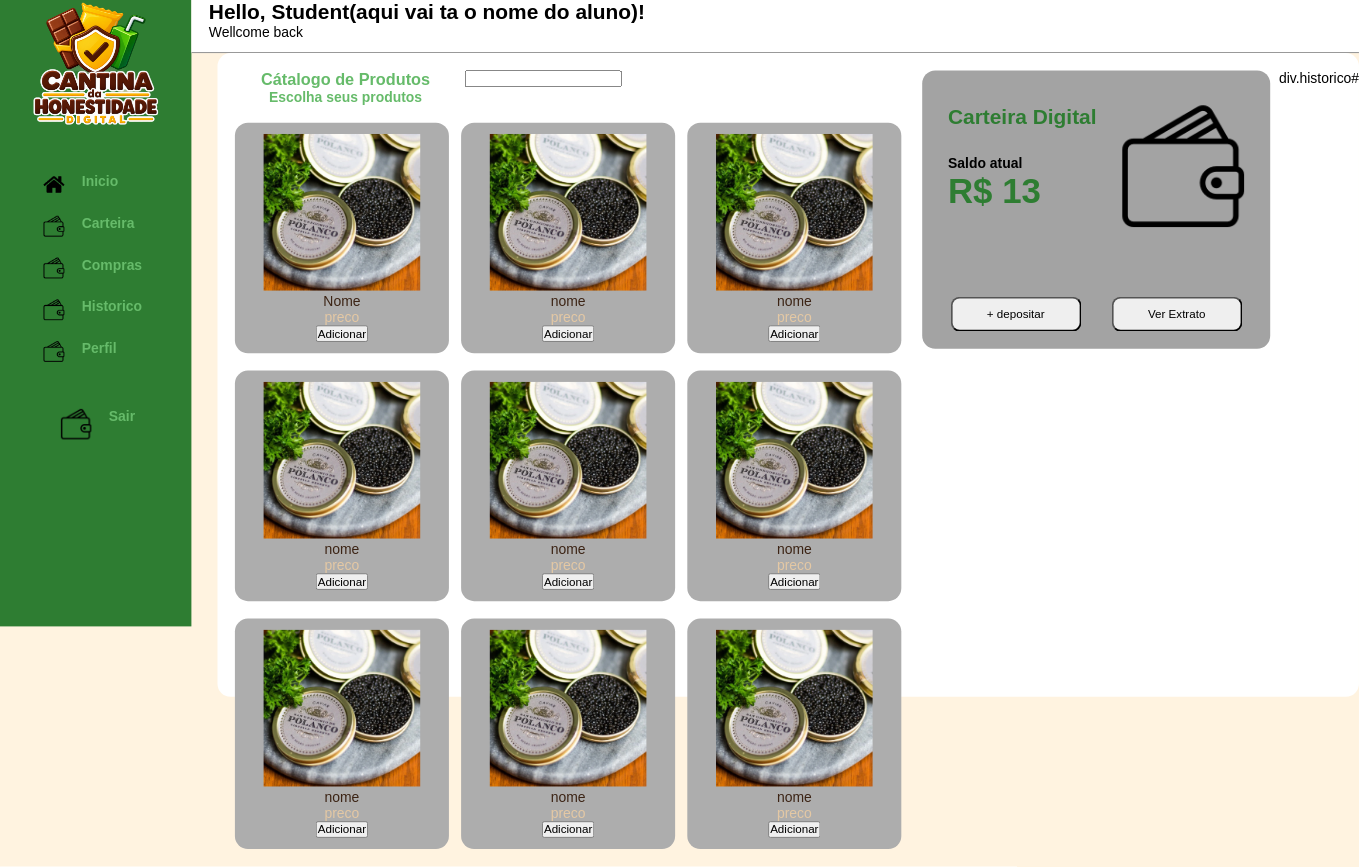
Repository: Proteuzin/Aplicativo-para-Gest-o-da-Cantina-da-Honestidade
Page: html/teladeprodutos.html
An editor plug-in stored every save of this project. The page is shown before and after the next save, followed by the edit.
The browser window is 1280 px wide. The page is 1562 px wide, then 1470 px, so the pictures cover 1562 px, including what lies to the right of the window. The pictures show the whole page, at 87% of full size.

Above is the page before, as saved 2026-08-17 19:44:56.

### html/teladeprodutos.html
<!doctype html>
<html lang="en">
  <head>
    <meta charset="UTF-8" />
    <meta name="viewport" content="width=device-width, initial-scale=1.0" />
    <title>Cantina da bondade</title>
    <link rel="stylesheet" href="../css/css.css" />
    <script src="../Js/produtos.js" defer></script>
  </head>

  <body>
    <div class="conteudo" id="conteudo">
      <div class="lado" id="lado">
        <div class="logo" id="logo">
          <img
            src="../images/Aug 14, 2026, 03_21_48 PM.png"
            alt="LOGO"
            class="logo"
            id="logo"
          />
        </div>
        <div class="icons" id="icons">
          <div class="inicio" id="inicio">
            <div class="imgInicio" id="imgInicio">
              <img src="../images/home.png" alt="home" />
            </div>
            <div class="txthome" id="txthome">
              <h4>Inicio</h4>
            </div>
          </div>

          <div class="carteira" id="carteira">
            <div class="imgcarteira" id="imgcarteira">
              <img src="../images/carteira.png" alt="home" />
            </div>
            <div class="txtcarteira" id="txtcarteira">
              <h4>Carteira</h4>
            </div>
          </div>

          <div class="carteira" id="carteira">
            <div class="imgcarteira" id="imgcarteira">
              <img src="../images/carteira.png" alt="home" />
            </div>
            <div class="txtcarteira" id="txtcarteira">
              <h4>Compras</h4>
            </div>
          </div>

          <div class="carteira" id="carteira">
            <div class="imgcarteira" id="imgcarteira">
              <img src="../images/carteira.png" alt="home" />
            </div>
            <div class="txtcarteira" id="txtcarteira">
              <h4>Historico</h4>
            </div>
          </div>

          <div class="carteira" id="carteira">
            <div class="imgcarteira" id="imgcarteira">
              <img src="../images/carteira.png" alt="home" />
            </div>
            <div class="txtcarteira" id="txtcarteira">
              <h4>Perfil</h4>
            </div>
          </div>
        </div>
        <div class="sair" id="sair">
          <div class="imgcarteira" id="imgcarteira">
            <img src="../images/carteira.png" alt="home" />
          </div>
          <div class="txtcarteira" id="txtcarteira">
            <h4>Sair</h4>
          </div>
        </div>
      </div>

      <div class="direita">
        <div class="cima" id="cima">
          <h2>Hello, Student(aqui vai ta o nome do aluno)!</h2>
          <p>Wellcome back</p>
        </div>

        <div class="conteudoMeio" id="conteudoMeio">
          <div class="produtos" id="produtos">
            <div class="pesquisa" id="pesquisar">
              <div class="textoPesquisa" id="textoPesquisa">
                <h3>Cátalogo de Produtos</h3>
                <h4>Escolha seus produtos</h4>
              </div>
              <div class="inputPesquisa" id="inputPesquisa">
                <input type="text" name="pesquisar" id="pesquisar" />
              </div>
            </div>
            <div class="card" id="card">
              <div class="primeiro" id="primeiro"></div>
            </div>
          </div>

          <div class="saldo" id="saldo">
            <div class="cimaSaldo" id="cimaSaldo">
              <div id="textosSaldo" class="textosSaldo">
                <div class="CarteiraDigital" id="CarteiraDigital">
                  <h2>Carteira Digital</h2>
                </div>

                <div class="saldoUser" id="saldoUser">
                  <h4>Saldo atual</h4>
                  <h2>R$ 13</h2>
                </div>
              </div>

              <div class="IconeSaldoDIV" id="IconeSaldoDIV">
                <img
                  src="../images/carteira.png"
                  alt="carteira"
                  class="IconeSaldo"
                  id="IconeSaldo"
                />
              </div>
            </div>

            <div></div>

            <div class="botoes" id="botoes">
              <button id="depositar" class="depositar">+ depositar</button>
              <button class="VerExtrato" id="VerExtrato">Ver Extrato</button>
            </div>
          </div>

          div.historico#
        </div>
      </div>
    </div>
  </body>
</html>

### css/css.css
*{
    margin: 0px;
    padding: 0px;
    font-family: Arial, Helvetica, sans-serif;
}

body{
    background-color: #FFF3E0;
}

.icons{
    margin-left: 50px;
    margin-top: 50px;
}

.icons img{
    width: 24px;
    height: 24px;
}

.inicio{
    display: flex;
    gap: 20px;
}

.carteira{
    margin-top: 20px;
    display: flex;
    gap: 20px;
}

.lado{
    width: 250px;
    background-color:#2E7D32 ;
   text-align: center;
   height: 100vh;
}

.logo{
    width: 220px;
    height: 150px;
}

.sair img{
  width: 35px;
    height: 35px;
}

.sair{
    display: flex;
    gap: 20px;
   margin-left: 70px;
   margin-top: 50px;
}

.cima{
    background-color: white;
    border-bottom: gray solid 1px;
    flex: 1px;
    height: 60px;
    padding-left: 20px;
}

.conteudo{
    display: flex;
}
.direita {
    flex: 1px;
}
.pesquisa{
    display: flex;
    gap: 40px;
}

.pesquisa h3, h4{
    color: #66BB6A;
}

.conteudoMeio{
    background-color: #FFF3E0;
    height: 100vh;
    display: flex;
    justify-content: center;
    gap: 10px;
    padding-top: 20px;
}

.pesquisa{
    text-align: center;
    display: flex;
    justify-content: left;
    padding-left: 50px;
}

/*cards */
.primeiro {
    display: grid;
    grid-template-columns: repeat(3, 240px);
    gap: 20px;
    padding: 20px;
}

.DivCard {
    background-color: rgb(173, 173, 173);
    width: 220px;
    padding: 13px;
    text-align: center;
    border-radius: 15px;
}

.cards{
    display: flex;
    justify-content: center;
}

h1{
    text-align: center;
    margin-top: 20px;
    margin-bottom: 20px;
}
.texto{

    color: #3C2415;
}
.preco{
    color: #e4c8a4;
}

.conteudoMeio{
    background-color: white;
    margin-left: 30px;
    border-radius: 15px;
}

.fotoCard{
    width: 180px;
    height: 180px;
}

/**/

.saldo {
    background-color: rgb(163, 163, 163);
    display: flex;
    flex-direction: column;
    height: 300px;
    width: 400px;
    padding-bottom: 20px;
    border-radius: 15px;
}


.botoes{
    display: flex;
    justify-content: center;
    gap: 35px;
    margin-top: auto;
}

.depositar{
    width: 150px;
    height: 40px;
    border-radius: 10px;
}

.VerExtrato{
    width: 150px;
    border-radius: 10px;
}

.IconeSaldo{
    width: 140px;
    height: 140px;
}

.cimaSaldo{
    padding-top: 40px;
    display: flex;
    justify-content: center;
    gap: 30px;
}

.textosSaldo{
   display: flex;
    flex-direction: column;
   gap: 30px;
}

.CarteiraDigital{
    color: #2E7D32;
}

.textosSaldo h4{
    color: black;
}

.saldoUser h2{
    color: #2E7D32;
    font-size: 40px;
}

### Js/produtos.js
let preco = [
  "preco",
  "preco",
  "preco",
  "preco",
  "preco",
  "preco",
  "preco",
  "preco",
  "preco",
];

let nome = [
  "Nome",
  "nome",
  "nome",
  "nome",
  "nome",
  "nome",
  "nome",
  "nome",
  "nome",
];

let img = [
  "../images/caviar-polanco-siberian-reserve-30g_04f8f731-f5cb-4720-80b7-49af5675303b_1200x.webp",
  "../images/caviar-polanco-siberian-reserve-30g_04f8f731-f5cb-4720-80b7-49af5675303b_1200x.webp",
  "../images/caviar-polanco-siberian-reserve-30g_04f8f731-f5cb-4720-80b7-49af5675303b_1200x.webp",
  "../images/caviar-polanco-siberian-reserve-30g_04f8f731-f5cb-4720-80b7-49af5675303b_1200x.webp",
  "../images/caviar-polanco-siberian-reserve-30g_04f8f731-f5cb-4720-80b7-49af5675303b_1200x.webp",
  "../images/caviar-polanco-siberian-reserve-30g_04f8f731-f5cb-4720-80b7-49af5675303b_1200x.webp",
  "../images/caviar-polanco-siberian-reserve-30g_04f8f731-f5cb-4720-80b7-49af5675303b_1200x.webp",
  "../images/caviar-polanco-siberian-reserve-30g_04f8f731-f5cb-4720-80b7-49af5675303b_1200x.webp",
  "../images/caviar-polanco-siberian-reserve-30g_04f8f731-f5cb-4720-80b7-49af5675303b_1200x.webp",
];

function card() {
  let cards = document.querySelector("#primeiro");

  for (let i = 0; i < nome.length; i++) {
    cards.innerHTML += `
    <div class="DivCard">
        <img src="${img[i]}" class="fotoCard">
        <p class="texto">${nome[i]}</p>
        <p class="preco">${preco[i]}</p>
        <button class="butcard">Adicionar</button>
    </div>
`;
  }
}

card();

After the next save:
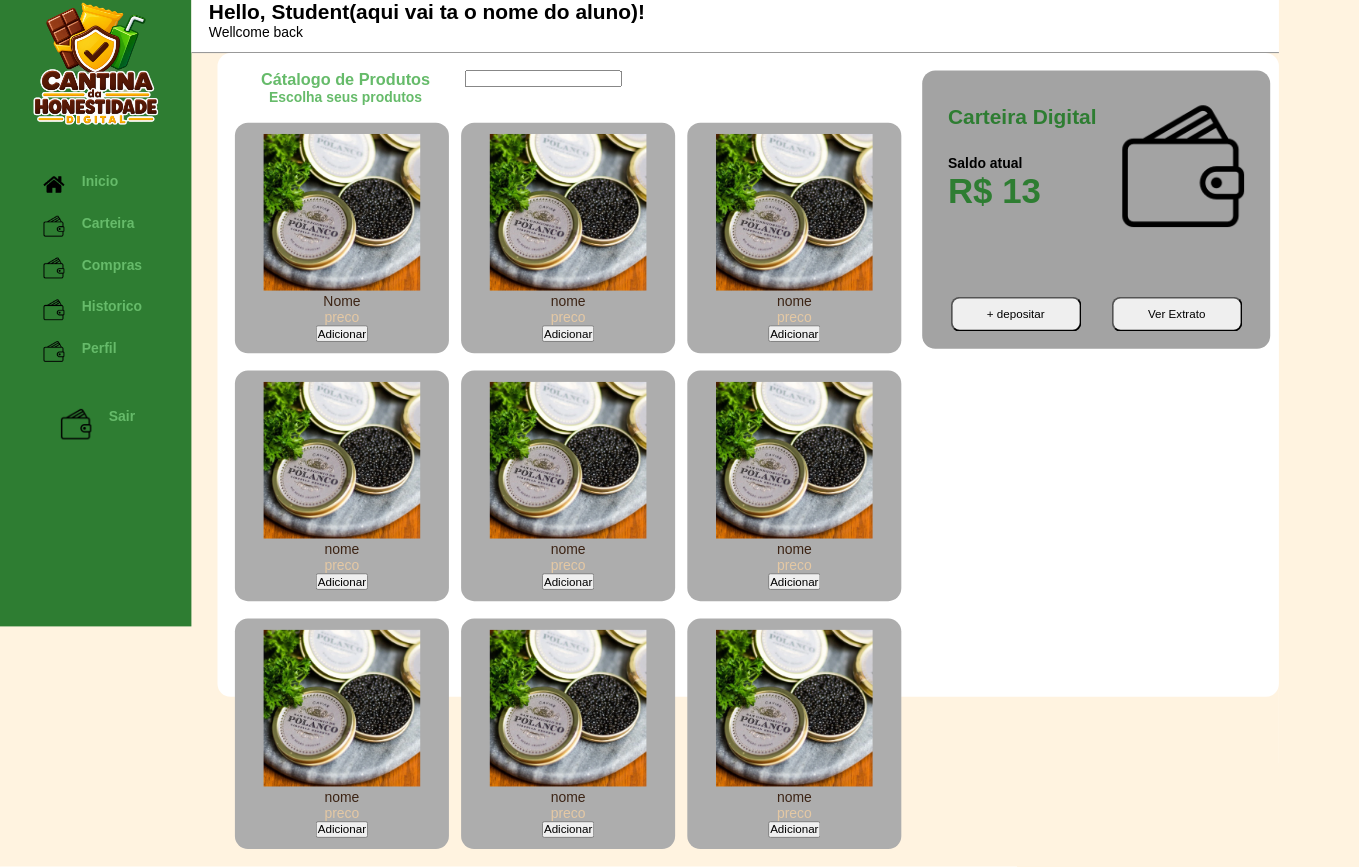
Saved 4 s later.
--- a/html/teladeprodutos.html
+++ b/html/teladeprodutos.html
@@ -128,7 +128,9 @@
             </div>
           </div>
 
-          div.historico#
+          <div class="historico" id="historico">
+
+          </div>
         </div>
       </div>
     </div>
